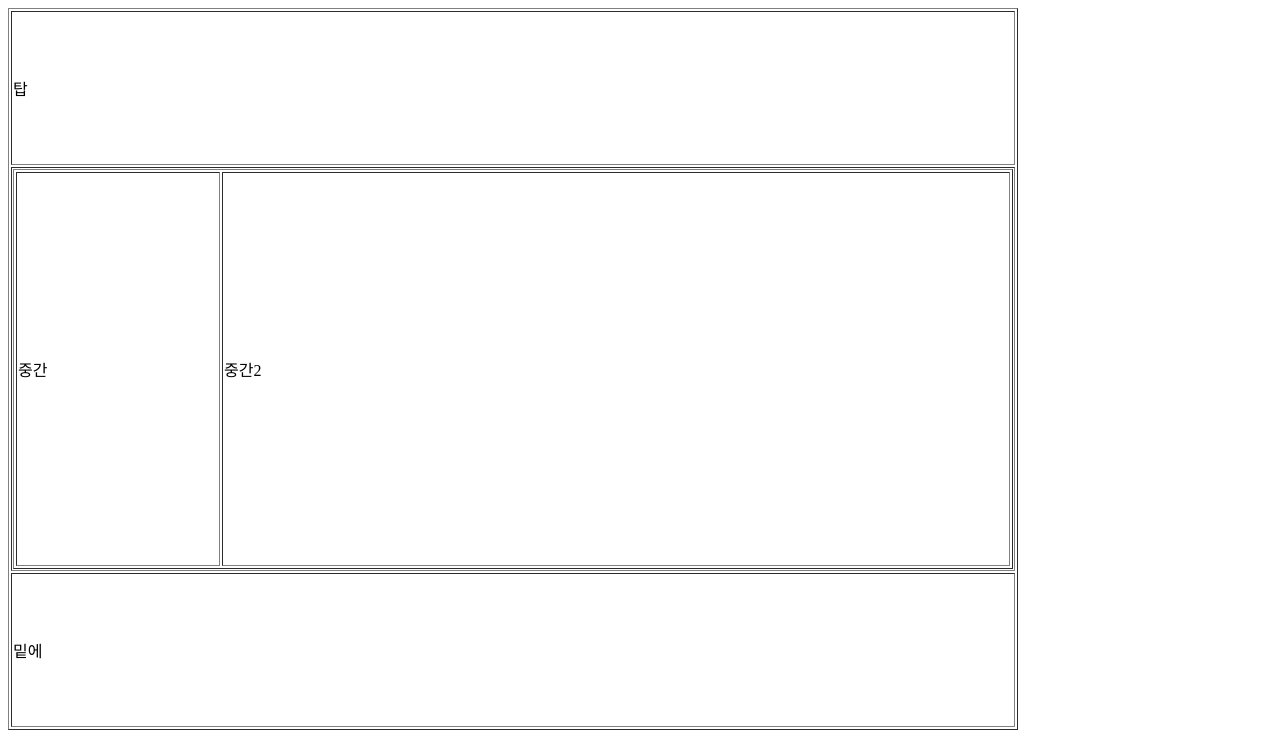
Repository: ikobean/ikoebean
Page: http://localhost/dev_jsp/ch07/index.jsp
These files come from the project's save history. The page is drawn as it stood at one moment and after the next save; the edit follows.
The browser window is 1280 px wide. The pictures show the whole page.
The page is served by Tomcat 9. Other server files are loaded and not shown.

Above is the page before, as saved 2019-07-17 01:49:55.

### workspace_jsp/dev_jsp/WebContent/ch07/index.jsp
<%@ page language="java" contentType="text/html; charset=UTF-8"
    pageEncoding="UTF-8"%>
<!DOCTYPE html>
<html>
<head>
<meta charset="UTF-8">
<title>Insert title here</title>
</head>
<body>
<table border=1 width="1000" height="700">
	<tr>
	<td height="150">탑</td>
	</tr>
	<tr>
		<td>
			<table border=1 width="1000" height="400">
				<tr>
					<td width="200" >
						중간
					</td>

					<td>
						중간2
					</td>
				</tr>

			</table>
		</td>
	</tr>
	<tr>
		<td height="150">
		밑에
		</td>
	</tr>
</table>
</body>
</html>

After the next save:
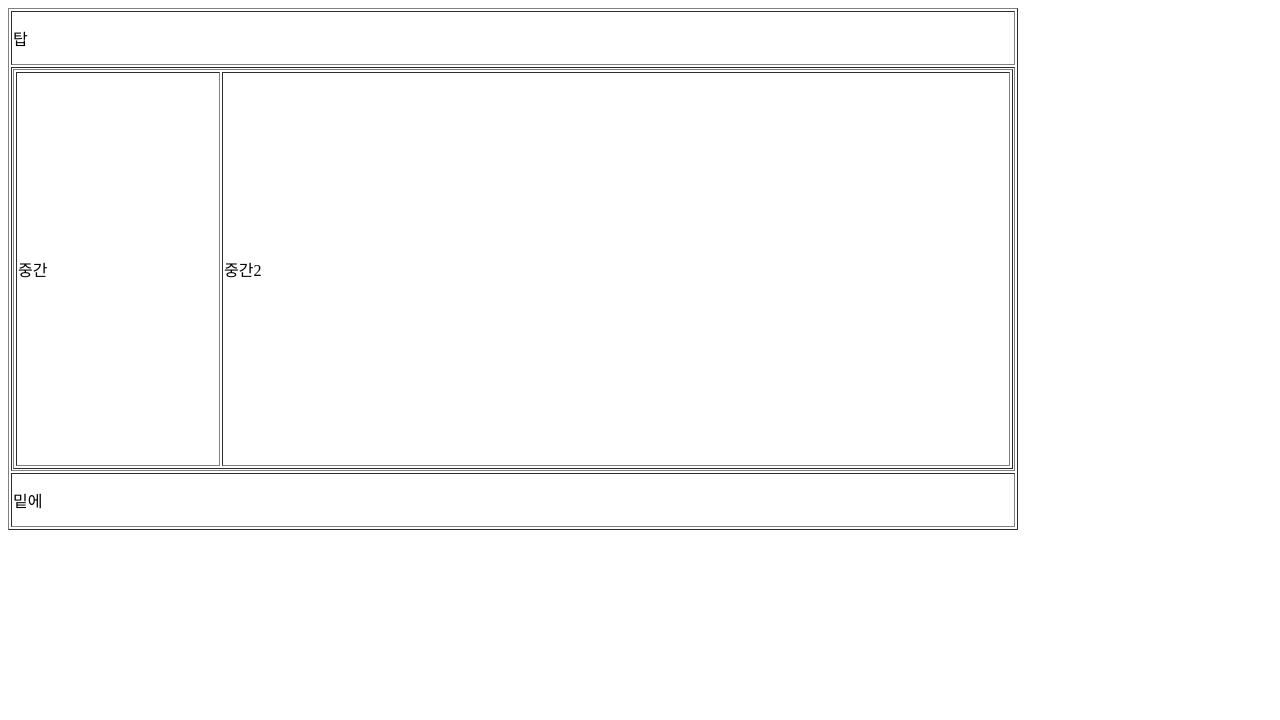
Saved 52 s later.
--- a/workspace_jsp/dev_jsp/WebContent/ch07/index.jsp
+++ b/workspace_jsp/dev_jsp/WebContent/ch07/index.jsp
@@ -7,9 +7,9 @@
 <title>Insert title here</title>
 </head>
 <body>
-<table border=1 width="1000" height="700">
+<table border=1 width="1000" height="500">
 	<tr>
-	<td height="150">탑</td>
+	<td height="50">탑</td>
 	</tr>
 	<tr>
 		<td>
@@ -28,7 +28,7 @@
 		</td>
 	</tr>
 	<tr>
-		<td height="150">
+		<td height="50">
 		밑에
 		</td>
 	</tr>
